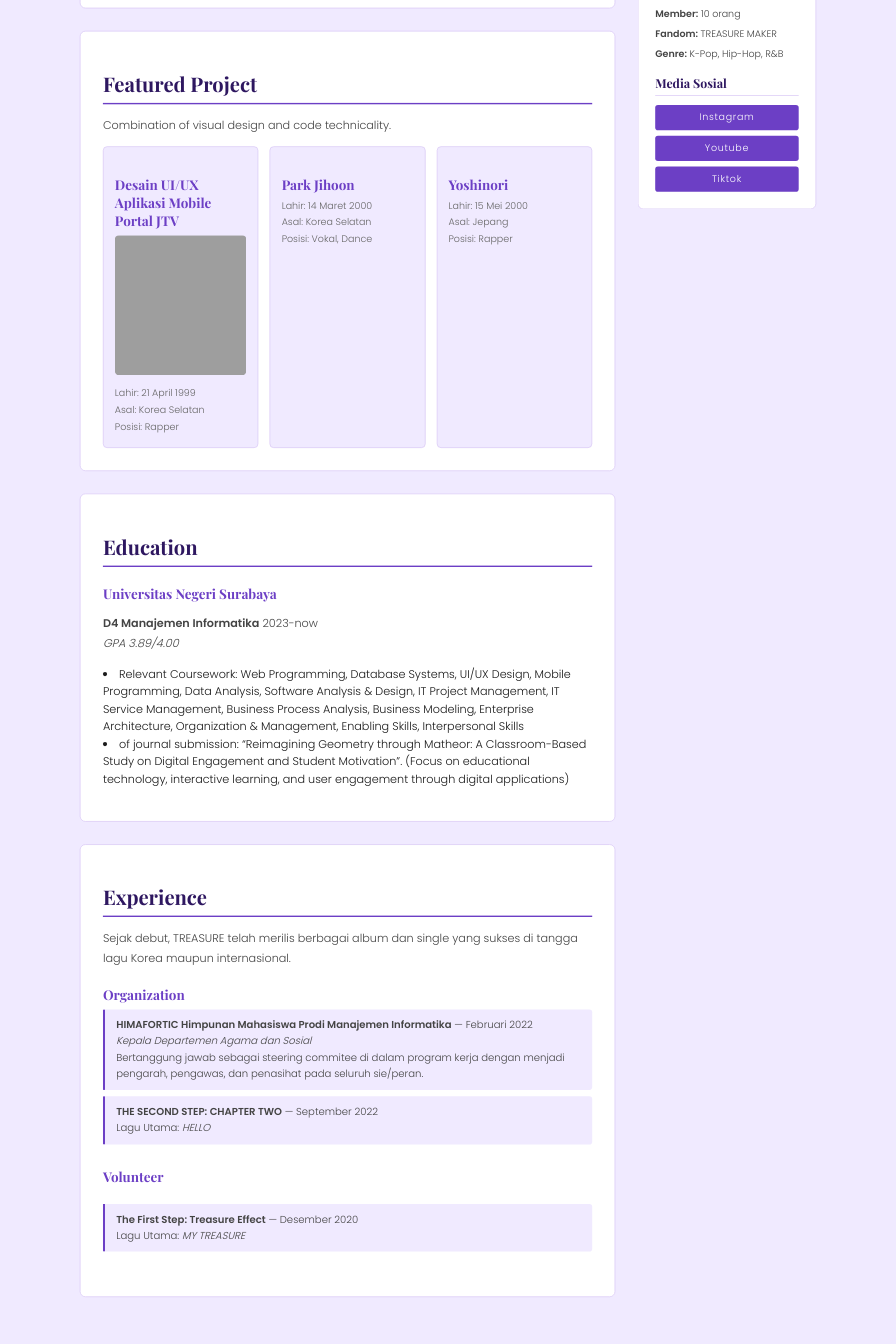
Repository: VergiMutiaRahmasyani/Website-Portofolio
Page: index.html
These files come from the project's save history. The page is drawn as it stood at one moment and after the next save; the edit follows.
The browser window is 1280 px wide. The pictures show the part of the page from y = 840 to 2760 px (the page is 2869 px tall before and 2795 px after), at 70% of full size.
Pictures or frames that could not be fetched are drawn as grey boxes.

Above is the page before, as saved 2026-03-07 12:15:42.

### index.html
<!DOCTYPE html>
<html>
    <head>
        <meta charset="utf-8" />
        <meta name="viewport" content="width=device-width, initial-scale=1.0" />
        <title>Portofolio Vergi</title>

        <!-- My Own CSS -->
        <link rel="stylesheet" href="css/style.css" />

        <!-- Google Fonts -->
        <link rel="preconnect" href="https://fonts.googleapis.com">
        <link rel="preconnect" href="https://fonts.gstatic.com" crossorigin>
        <link href="https://fonts.googleapis.com/css2?family=Playfair+Display:wght@400;700&family=Poppins:wght@300;400;600&display=swap" rel="stylesheet">
    </head>

    <body>

        <!-- HEADER -->
        <header class="site-header">

            <!-- NAVBAR -->
            <div class="navbar">
                <nav class="nav-list">
                    <ul>
                        <li><a href="#About">About Me</a></li>
                        <li><a href="#Work">Work</a></li>
                        <li><a href="Project">Project</a></li>
                        <li><a href="#Education">Education</a></li>
                        <li><a href="Organization">Organization</a></li>
                        <li><a href="https://drive.google.com/file/d/13-ep7ykiG-k7d2KfzBZSPx55XoqW1qHe/view?usp=sharing" target="_blank"> Resume</a></li>
                    </ul>
                </nav>
            </div>

            <div class="hero">
                <div class="hero-overlay">
                    <h1>Welcome, <br> To My Portofolio!</h1>
                </div>
            </div>

        </header>

        <!-- MAIN -->
        <main>
            <div class="content-wrapper">
                <div id="content">
                    <article id="About">
                        <h2>About Me</h2>
                        <p>
                            Saya seorang mahasiswa semester 6 Program Studi Manajemen Informatika di Universitas yang memiliki rasa
                            ingin tahu dan semangat yang besar. Dengan memiliki peminatan pada UI/UX Design dan Web Development,
                            saya telah berpengalaman dalam menciptakan solusi digital yang user-friendly dan berdampak. Melalui
                            kombinasi hard skills dan soft skills yang saya miliki, saya siap untuk beradaptasi dan memberikan kontribusi
                            nyata pada setiap proyek yang dijalankan.
                        </p>
                    </article>

                    <article id="Project">
                        <h2>Featured Project</h2>
                        <p>
                            Combination of visual design and code technicality.
                        </p>

                        <div class="project-list">
                            <div class="project-card">
                                <h3>Desain UI/UX Aplikasi Mobile Portal JTV</h3>
                                <img src="https://assets.promediateknologi.id/crop/102x655:921x1098/750x0/webp/photo/2023/07/03/F0HwG4daEAE8TSh-2407782942.jpg" alt="Logo TREASURE" class="aside-img" />
                                <p>Lahir: 21 April 1999</p>
                                <p>Asal: Korea Selatan</p>
                                <p>Posisi: Rapper</p>
                            </div>
                            <div class="project-card">
                                <h3>Park Jihoon</h3>
                                <p>Lahir: 14 Maret 2000</p>
                                <p>Asal: Korea Selatan</p>
                                <p>Posisi: Vokal, Dance</p>
                            </div>
                            <div class="project-card">
                                <h3>Yoshinori</h3>
                                <p>Lahir: 15 Mei 2000</p>
                                <p>Asal: Jepang</p>
                                <p>Posisi: Rapper</p>
                            </div>
                        </div>
                    </article>

                    <article >
                        <h2>Education</h2>
                        <h3>Universitas Negeri Surabaya</h3>
                        <p>
                            <strong>D4 Manajemen Informatika</strong>  2023-now
                            <br><em>GPA 3.89/4.00</em>
                            <br>
                        </p>
                        <p>
                            <li> Relevant Coursework: Web Programming, Database Systems, UI/UX Design, Mobile Programming, Data
                                Analysis, Software Analysis & Design, IT Project Management, IT Service Management, Business Process
                                Analysis, Business Modeling, Enterprise Architecture, Organization & Management, Enabling Skills,
                                Interpersonal Skills</li>
                            <li> of journal submission: “Reimagining Geometry through Matheor: A Classroom-Based Study on Digital
                                Engagement and Student Motivation”. (Focus on educational technology, interactive learning, and user
                                engagement through digital applications)</li>
                        </p>
                    </article>

                    <article id="pengalaman">
                        <h2>Experience</h2>
                        <p>
                            Sejak debut, TREASURE telah merilis berbagai album dan single yang sukses di tangga lagu Korea maupun internasional.
                        </p>

                        <h3> Organization </h3>
                        <ul class="pengalaman-list">
                            <li>
                                <strong>HIMAFORTIC Himpunan Mahasiswa Prodi Manajemen Informatika</strong> — Februari 2022
                                <br><em>Kepala Departemen Agama dan Sosial</em>
                                <br>Bertanggung jawab sebagai steering commitee di dalam program kerja dengan menjadi pengarah,
                                pengawas, dan penasihat  pada seluruh sie/peran.
                            </li>
                            <li>
                                <strong>THE SECOND STEP: CHAPTER TWO</strong> — September 2022
                                <br>Lagu Utama: <em>HELLO</em>
                            </li>


                        <h3>Volunteer</h3>
                        <ul class="pengalaman-list">
                            <li>
                                <strong>The First Step: Treasure Effect</strong> — Desember 2020
                                <br>Lagu Utama: <em>MY TREASURE</em>
                            </li>
                    </article>

                </div>

                <!-- ASIDE -->
                <aside>
                    <div class="aside-inner">
                        <h3>Info Singkat</h3>
                        <img src="https://assets.promediateknologi.id/crop/102x655:921x1098/750x0/webp/photo/2023/07/03/F0HwG4daEAE8TSh-2407782942.jpg" alt="Logo TREASURE" class="aside-img" />
                        <ul class="aside-info">
                            <li><strong>Debut:</strong> 7 Agustus 2020</li>
                            <li><strong>Agensi:</strong> YG Entertainment</li>
                            <li><strong>Member:</strong> 10 orang</li>
                            <li><strong>Fandom:</strong> TREASURE MAKER</li>
                            <li><strong>Genre:</strong> K-Pop, Hip-Hop, R&B</li>
                        </ul>

                        <h3>Media Sosial</h3>
                        <ul class="aside-social">
                            <li><a href="https://www.instagram.com/yg_treasure_official/" target="_blank">Instagram</a></li>
                            <li><a href="https://www.youtube.com/@TREASURE" target="_blank">Youtube</a></li>
                            <li><a href="https://tiktok.com/@yg_treasure_tiktok" target="_blank">Tiktok</a></li>
                        </ul>
                    </div>
                </aside>
            </div>

        </main>

        <!-- FOOTER -->
        <footer>
            <p>Website Profil TREASURE &copy;2026 </p>
        </footer>

    </body>
</html>

### css/style.css
*,
*::before,
*::after {
    box-sizing: border-box;
}

/* =====================
   PALET WARNA UNGU
   --ungu-gelap   : #2e1760  (navbar, footer)
   --ungu-utama   : #6c3fc5  (aksen utama)
   --ungu-sedang  : #9b6ee0  (hover, border)
   --ungu-muda    : #d8c8f5  (border ringan)
   --ungu-pucat   : #f0eaff  (background halaman)
   ===================== */

body {
    font-family: 'Poppins', sans-serif;
    font-weight: 300;
    background-color: #f0eaff;
    color: #1a1a1a;
    margin: 0;
}


/* =====================
   HEADER
   ===================== */

header.site-header {
    background-color: #2e1760;
    color: white;
}

/* NAVBAR */
header.site-header .navbar {
    padding: 1rem 2rem;
    position: fixed;
    top: 0;
    left: 0;
    right: 0;
    width: 100%;
    z-index: 999;
    background-color: #2e1760;
}

header.site-header .nav-list ul {
    list-style: none;
    padding: 0;
    margin: 0;

    display: flex;
    justify-content: center;
    gap: 2rem;
}

header.site-header .nav-list li a {
    text-decoration: none;
    color: #d8c8f5;
    font-size: 0.9rem;
    font-weight: 400;
    letter-spacing: 1px;
    transition: color 0.2s ease;
}

header.site-header .nav-list li a:hover {
    color: white;
}

/* HERO */
header.site-header .hero {
    position: relative;
    width: 100%;
    height: 420px;
    overflow: hidden;
    margin-top: 57px;
}

header.site-header .hero .hero-img {
    width: 100%;
    height: 100%;
    object-fit: cover;
    object-position: top;
    opacity: 0.4;
    display: block;
}

header.site-header .hero .hero-overlay {
    position: absolute;
    inset: 0;

    display: flex;
    align-items: center;
    justify-content: center;
}

header.site-header .hero .hero-overlay h1 {
    font-family: 'Playfair Display', serif;
    font-size: 5rem;
    letter-spacing: 10px;
    color: white;
    margin: 0;
    text-align: center;
}


/* =====================
   MAIN & LAYOUT
   ===================== */

main {
    max-width: 1100px;
    margin-inline: auto;
    padding: 2rem 1.5rem;
}

.content-wrapper {
    display: flex;
    gap: 2rem;
    align-items: flex-start;
}

#content {
    flex: 3;

    display: flex;
    flex-direction: column;
    gap: 2rem;
}


/* =====================
   ARTICLE
   ===================== */

article {
    background-color: white;
    border: 1px solid #d8c8f5;
    border-radius: 8px;
    padding: 2rem;
}

article h2 {
    font-family: 'Playfair Display', serif;
    font-size: 1.8rem;
    margin-bottom: 1rem;
    padding-bottom: 0.5rem;
    border-bottom: 2px solid #6c3fc5;
    color: #2e1760;
}

article h3 {
    font-family: 'Playfair Display', serif;
    font-size: 1.2rem;
    margin-top: 1.5rem;
    margin-bottom: 0.5rem;
    color: #6c3fc5;
}

article p {
    line-height: 1.8;
    margin-bottom: 1rem;
    color: #444;
}


/* =====================
   TABEL INFO
   ===================== */

.info-table {
    width: 100%;
    border-collapse: collapse;
    margin-top: 1.5rem;
}

.info-table th,
.info-table td {
    padding: 0.6rem 1rem;
    text-align: left;
    border-bottom: 1px solid #d8c8f5;
    font-size: 0.95rem;
}

.info-table th {
    width: 35%;
    font-weight: 600;
    color: #2e1760;
    background-color: #f0eaff;
}

.info-table td {
    color: #444;
}


/* =====================
   PROJECT CARDS
   ===================== */

.project-list {
    display: flex;
    flex-wrap: wrap;
    gap: 1rem;
    margin-top: 0.5rem;
}

.project-card {
    flex: 1 1 160px;
    background-color: #f0eaff;
    border: 1px solid #d8c8f5;
    border-radius: 6px;
    padding: 1rem;
}

project-card h3 {
    font-size: 0.2rem;
    margin-top: 0.5;
    margin-bottom: 0.5rem;
    color: #2e1760;
}

.project-card p {
    font-size: 0.85rem;
    color: #666;
    margin: 0.2rem 0;
    line-height: 1.5;
}


/* =====================
   ALBUM LIST
   ===================== */

.pengalaman-list {
    list-style: none;
    padding: 0;
    margin: 0.5rem 0 1rem 0;

    display: flex;
    flex-direction: column;
    gap: 0.6rem;
}

.pengalaman-list li {
    padding: 0.7rem 1rem;
    background-color: #f0eaff;
    border-left: 3px solid #6c3fc5;
    border-radius: 0 4px 4px 0;
    font-size: 0.9rem;
    color: #444;
    line-height: 1.6;
}


/* =====================
   ASIDE
   ===================== */

aside {
    flex: 1;
    position: sticky;
    top: 80px;
}

aside .aside-inner {
    background-color: white;
    border: 1px solid #d8c8f5;
    border-radius: 8px;
    padding: 1.5rem;
}

aside h3 {
    font-family: 'Playfair Display', serif;
    font-size: 1.1rem;
    margin-top: 1.2rem;
    margin-bottom: 0.8rem;
    padding-bottom: 0.4rem;
    border-bottom: 1px solid #d8c8f5;
    color: #2e1760;
}

aside h3:first-child {
    margin-top: 0;
}

.aside-img {
    width: 100%;
    max-width: 250px;
    height: 200px;
    object-fit: cover;
    object-position: top;
    display: block;
    margin: 0.5rem auto 1rem auto;
    border-radius: 6px;
}

.aside-info {
    list-style: none;
    padding: 0;
    margin: 0;

    display: flex;
    flex-direction: column;
    gap: 0.4rem;
}

.aside-info li {
    font-size: 0.85rem;
    color: #444;
    line-height: 1.6;
}

.aside-social {
    list-style: none;
    padding: 0;
    margin: 0;

    display: flex;
    flex-direction: column;
    gap: 0.5rem;
}

.aside-social li a {
    display: block;
    text-align: center;
    padding: 0.5rem;
    background-color: #6c3fc5;
    color: white;
    text-decoration: none;
    border-radius: 4px;
    font-size: 0.85rem;
    letter-spacing: 1px;
    transition: background-color 0.2s ease;
}

.aside-social li a:hover {
    background-color: #9b6ee0;
}


/* =====================
   FOOTER
   ===================== */

footer {
    background-color: #2e1760;
    color: #d8c8f5;
    text-align: center;
    padding: 1.5rem;
    margin-top: 3rem;
    font-size: 0.85rem;
    letter-spacing: 1px;
}


/* =====================
   RESPONSIVE
   ===================== */

@media screen and (max-width: 768px) {
    header.site-header .nav-list ul {
        flex-wrap: wrap;
        justify-content: center;
        gap: 0.8rem;
    }

    .content-wrapper {
        flex-direction: column;
    }

    aside {
        position: static;
        width: 100%;
    }

    .project-card {
        flex: 1 1 130px;
    }
}

After the next save:
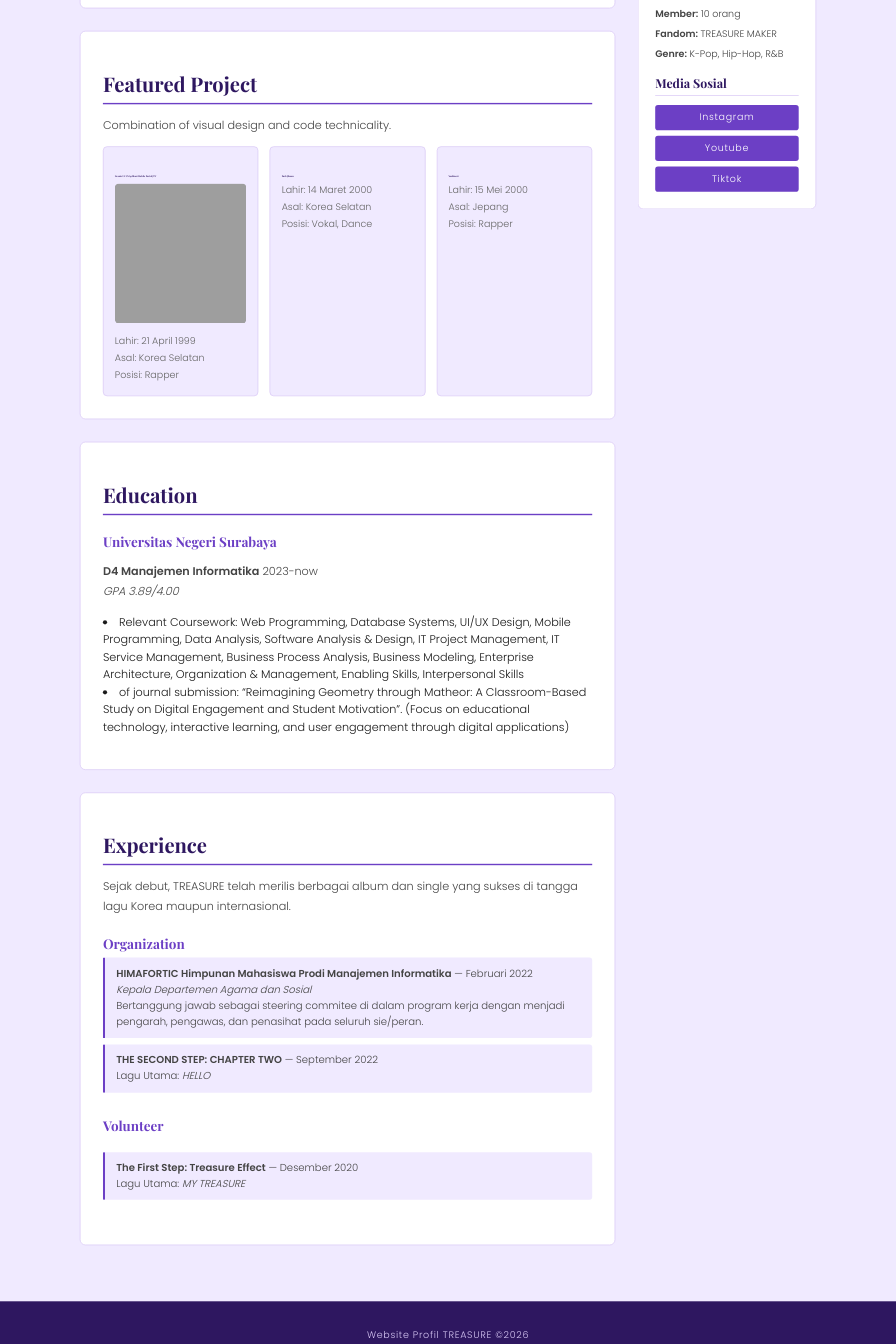
Saved 3 min 16 s later.
--- a/css/style.css
+++ b/css/style.css
@@ -212,7 +212,7 @@
     padding: 1rem;
 }
 
-project-card h3 {
+.project-card h3 {
     font-size: 0.2rem;
     margin-top: 0.5;
     margin-bottom: 0.5rem;

After the save that followed:
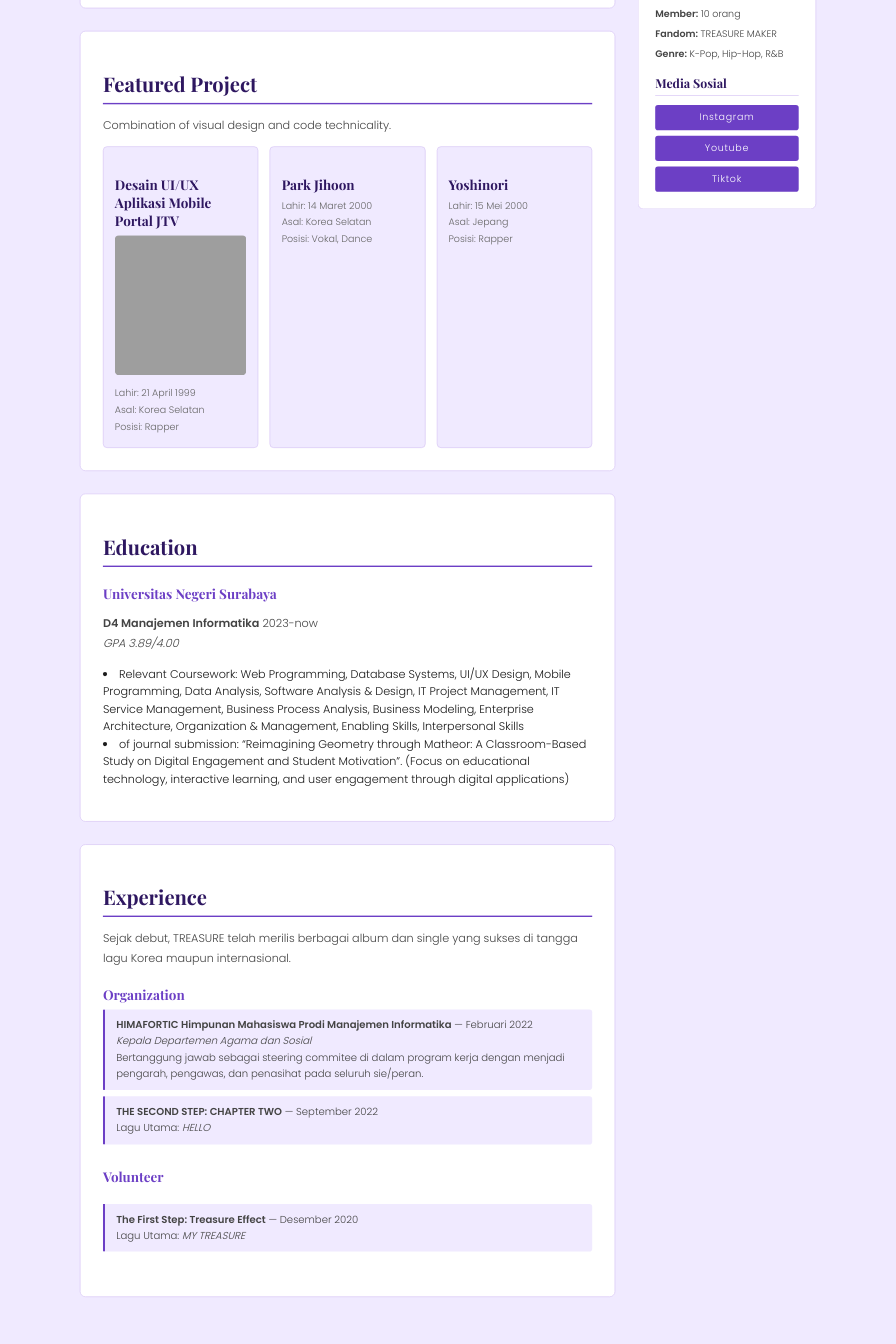
Saved 12 s later.
--- a/css/style.css
+++ b/css/style.css
@@ -213,7 +213,7 @@
 }
 
 .project-card h3 {
-    font-size: 0.2rem;
+    font-size: 0.rem;
     margin-top: 0.5;
     margin-bottom: 0.5rem;
     color: #2e1760;
